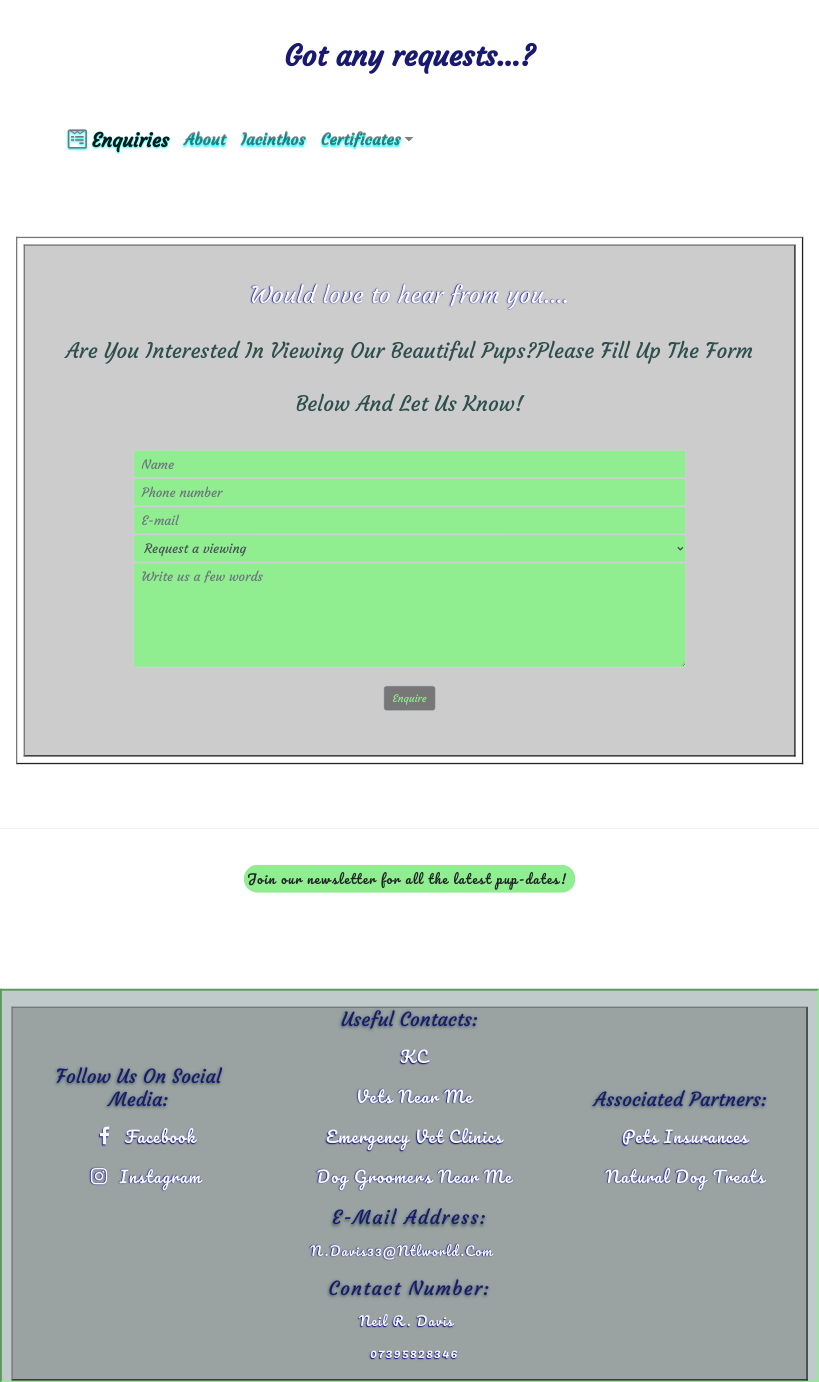
Repository: Code-Institute-Submissions/GeorgiosSklav-Iacinthos-blog
Page: request-form.html
The author's editor kept a record of every edit. The page is drawn from the files as they stood at one moment, then again after the next edit.
The browser window is 1280 px wide. The pictures show the whole page, at 64% of full size.

Above is the page before.

After the next edit:
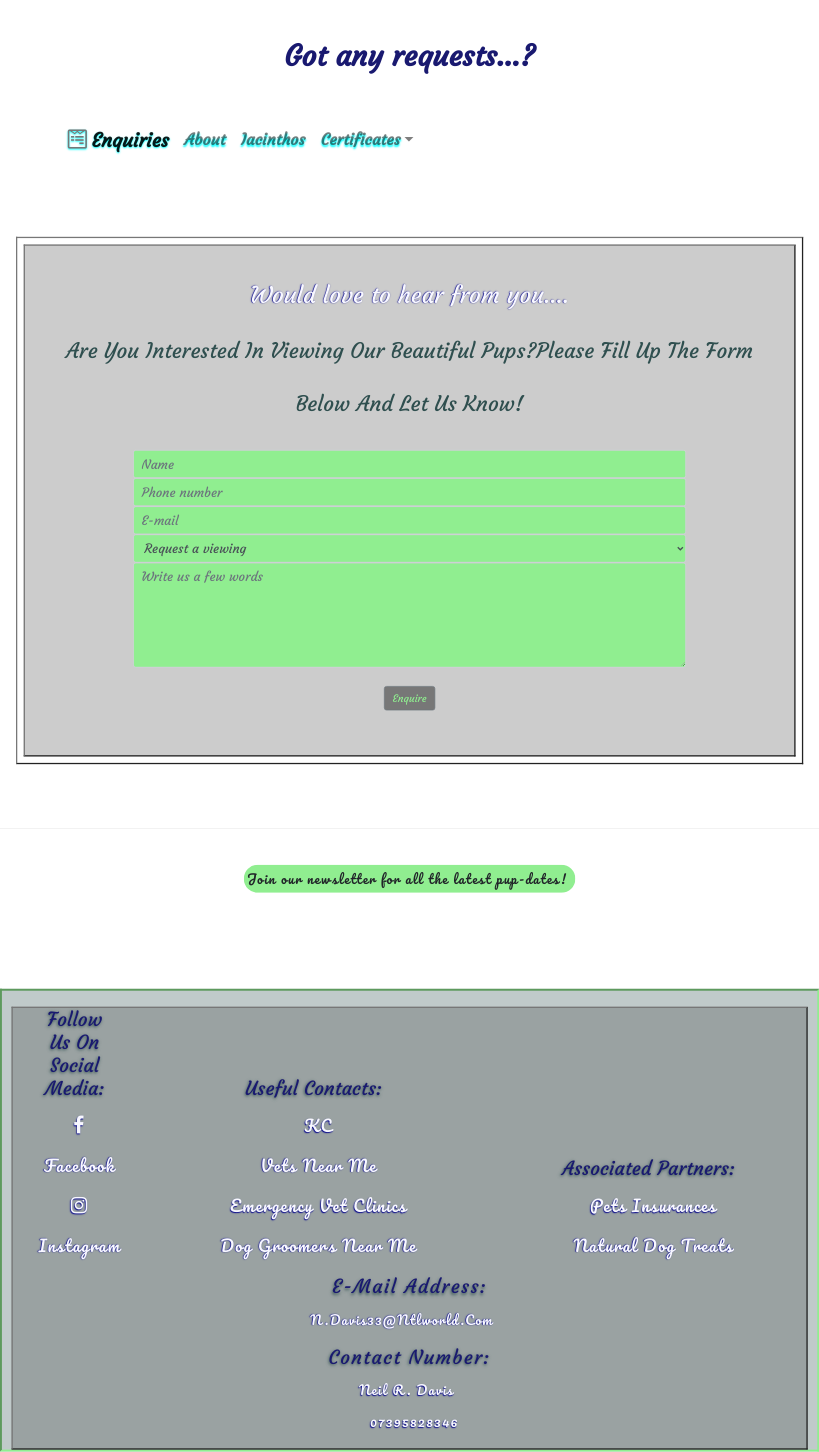
The edit:
--- a/request-form.html
+++ b/request-form.html
@@ -119,7 +119,7 @@
     <footer class="container-fluid footer">
         <div class="background-overlay">
         <div class="row align-items-end">
-            <div class="col-12 col-md-3 col-lg-3">
+            <div class="col">
                 <h4 class="social-title capitalise">Follow us on social media:</h4>
                 <ul class="social-links">
                     <li>
